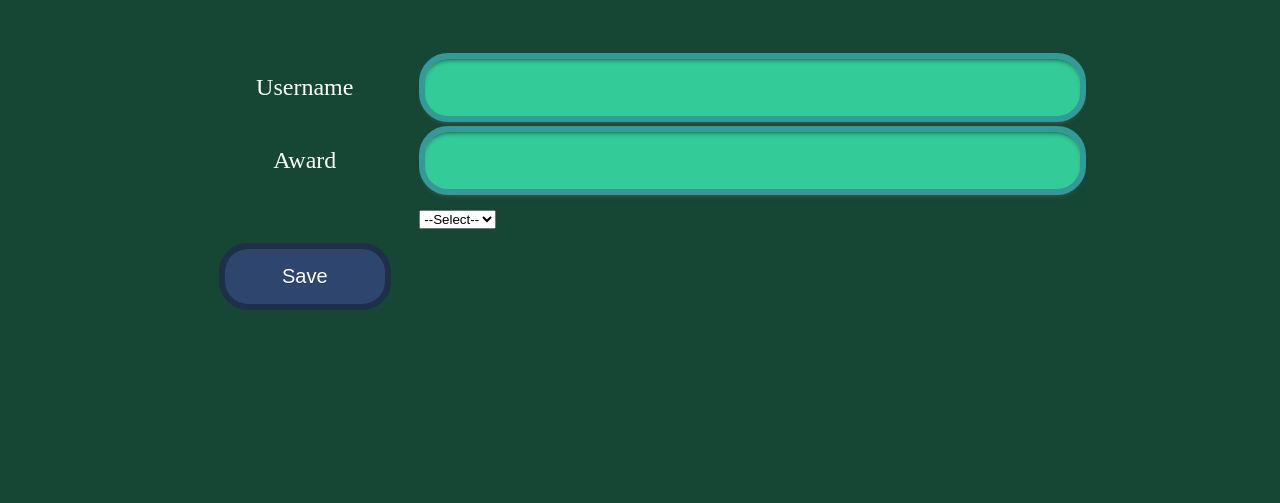
Repository: prajaktamore/Web-Based-Programming-3
Page: http://localhost/BinaryCalculator/changeAwardWinners.jsp
The author's editor kept a copy of each file at every save. The page is drawn from the files as they stood at one save, then again after the next save.
The browser window is 1280 px wide. The pictures show the whole page.
The page is served by Tomcat 9. Other server files are loaded and not shown.

Above is the page before, as saved 2014-05-04 18:28:26.

### BinaryCalculator/WebContent/changeAwardWinners.jsp
<%@ page language="java" contentType="text/html; charset=ISO-8859-1"
    pageEncoding="ISO-8859-1"%>
<%@taglib prefix="core" uri="http://java.sun.com/jsp/jstl/core"%>
<%@ page import="java.util.*" session="true"%>
<%@ page errorPage="ShowError.jsp" %>

<!DOCTYPE html PUBLIC "-//W3C//DTD HTML 4.01 Transitional//EN" "http://www.w3.org/TR/html4/loose.dtd">
<html>
<head>
<meta http-equiv="Content-Type" content="text/html; charset=ISO-8859-1">
<title>Awards</title>
<link href="more.css" rel="stylesheet" type="text/css" />

</head>
<body>
<form method="POST" action="changeAwardWinners">
		  <table width="page" align="center" >
					<tr>
					  <td height="40" align="center"> <label style="color:#ffffff;font-size:24px" >Username</label> </td>
             			 <td align="center"> <input id="username" name="username" readonly="readonly" value="${sessionScope.username}" type="text" style ="background: #33CC99; height:55px; width: 600px;text-align:right;font-size:35px; border-radius: 2em; border:6px solid #339999;border-radius:29px; color: #fff; padding-left: 1.5em; outline: none; box-shadow: 0 4px 6px -5px hsl(0, 0%, 40%), inset 0px 4px 6px -5px hsl(0, 0%, 2%)"/></td>
 					</tr>
 					<tr>
					  <td height="40" align="center"> <label style="color:#ffffff;font-size:24px" >Award</label> </td>
             			 <td align="center"> <input id="award" name="award" readonly="readonly" value="${sessionScope.ruidaward}" type="text" style ="background: #33CC99; height:55px; width: 600px;text-align:right;font-size:35px; border-radius: 2em; border:6px solid #339999;border-radius:29px; color: #fff; padding-left: 1.5em; outline: none; box-shadow: 0 4px 6px -5px hsl(0, 0%, 40%), inset 0px 4px 6px -5px hsl(0, 0%, 2%)"/></td>
 					</tr>

					<tr>
					  <td height="40" align="center"> <label id="lr6" style="color:#ffffff;font-size:24px;visibility:hidden;" >Select Award you want</label> </td>
             			<td>
 					    <select name="rdownlist" id="rdownlist">
					        <OPTION  value="-1" label="--Select--" selected="selected">
					        <core:forEach items="${sessionScope.awardlist1}" var="dt" varStatus="status">
					            <option value="${dt}">${dt}</option>
					        </core:forEach>
					    </select>
					    </td>
 					</tr>
 					<tr>
						<td align="center"><input type="submit" name="Save" value="Save" style="background-color: #2e466e; color: #ffff; border-radius: 10px;border:6px solid #1f2f47;border-radius:29px;padding:16px 57px;text-shadow:0px 1px 0px #263666;font-size:20px;">
					</tr>
</table>
</form>
</body>
</html>

### BinaryCalculator/WebContent/more.css
/*
    author : Prajakta More
    date created : 11 Feb 2014
	Version:  1
    copyright information : Binghamton University
*/

/*Defines style for body tag all fields declared in body tag will follow below style for margins and background*/
body
{
margin-top:50px;
margin-left:50px;
margin-right:50px;
margin-bottom:50px;
background:#154734;
}



input#submit {
    padding: 4px 40px;
    /*give the background a gradient*/
    background:#ffae00; /*fallback for browsers that don't support gradients*/
    background: -webkit-linear-gradient(top, #ffae00, #d67600);
    background: -moz-linear-gradient(top, #ffae00, #d67600);
    background: -o-linear-gradient(top, #ffae00, #d67600);
    background: linear-gradient(top, #ffae00, #d67600);
    border:2px outset #dad9d8;
    /*style the text*/
    font-family:Andika, Arial, sans-serif;
    font-size:1.1em;
    letter-spacing:0.05em;
    text-transform:uppercase;
    color:#fff;
    text-shadow: 0px 1px 10px #000;
    /*add to small curve to the corners of the button*/
    -webkit-border-radius: 15px;
    -moz-border-radius: 15px;
    border-radius: 15px;
    /*give the button a drop shadow*/
    -webkit-box-shadow: rgba(0, 0, 0, .55) 0 1px 6px;
    -moz-box-shadow: rgba(0, 0, 0, .55) 0 1px 6px;
    box-shadow: rgba(0, 0, 0, .55) 0 1px 6px;
    }
    /****NOW STYLE THE BUTTON'S HOVER STATE***/
    input#submit:hover, input#submit:focus {
    border:2px solid #dad9d8;
    }



/*Defines style for table tag all fields declared in table tag will follow below style for border*/
table
{
border: 0px solid #154734;
content-type:text/plain;
charset=iso-8859-1 ;
}
/*Defines style for table data tag all fields declared in table data tag will follow below style for border and text color */
td
{
border: 0px solid #154734;
color:white;
}
/*Defines style for paragraph tag  with class type defined as ex2 all fields declared in paragraph tag will follow below style for font, color, text align*/
p.ex2
{
font:30px arial,sans-serif,centre;
color:#ffffff;
text-align:center;
}
/*Defines style for paragraph tag  with class type defined as ex1 all fields declared in paragraph tag will follow below style for font, color, text align*/
p.ex1
{
font:18px arial,sans-serif,centre;
color:#ffffff;
text-align:center;
}
/*Defines style for img tag all with class name as ex3 fields declared in img tag will
follow below style for margins, background, padding, border, background -color, height, width, float, text- align*/
img.ex3
{
  margin: 5px;
  padding: 5px;
  background-color: #ffffff;
  border: 3px solid #ffffff;
  height: 375px;
  width: 250px;
  float: left;
  text-align: left;
}
/*Defines style for a href tag and its properties for different states as link, visited, hover, active*/
a:link {text-decoration:none;
background-color:#66CCCC;
color:#000000;
}
a:visited {text-decoration:none;
background-color:#9999CC;
color:#660033;
}
a:hover {text-decoration:underline;
background-color:#CC99CC;
color:#000033;
}
a:active {text-decoration:underline;
background-color:#FF99CC;
color:#330000;
}

After the next save:
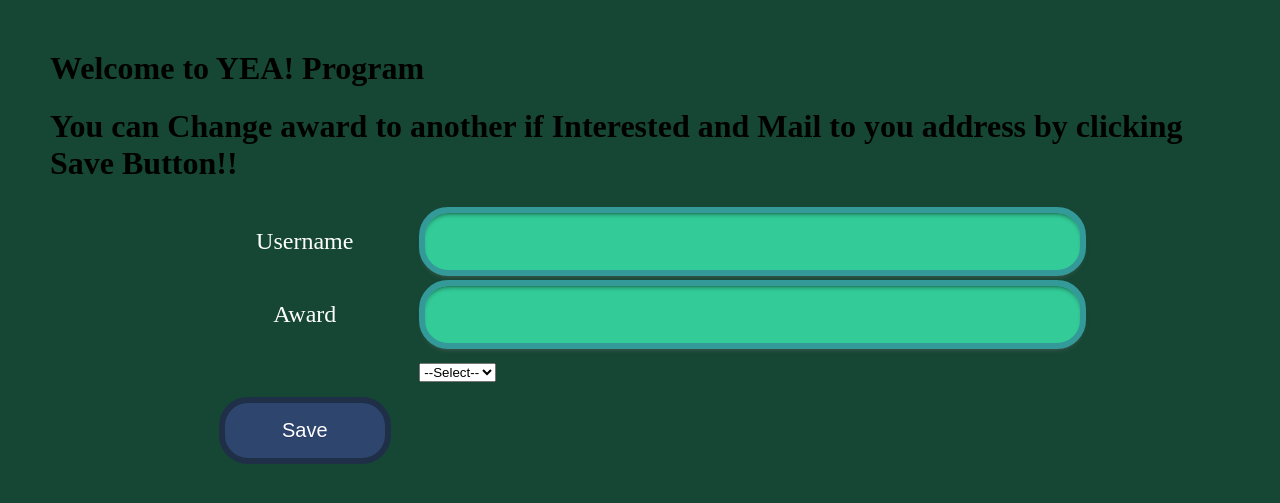
Saved 93 s later.
--- a/BinaryCalculator/WebContent/changeAwardWinners.jsp
+++ b/BinaryCalculator/WebContent/changeAwardWinners.jsp
@@ -13,6 +13,9 @@
 
 </head>
 <body>
+<h1>Welcome to YEA! Program</h1>
+<h1>You can Change award to another if Interested and Mail to you address by clicking Save Button!! </h1>
+
 <form method="POST" action="changeAwardWinners">
 		  <table width="page" align="center" >
 					<tr>
